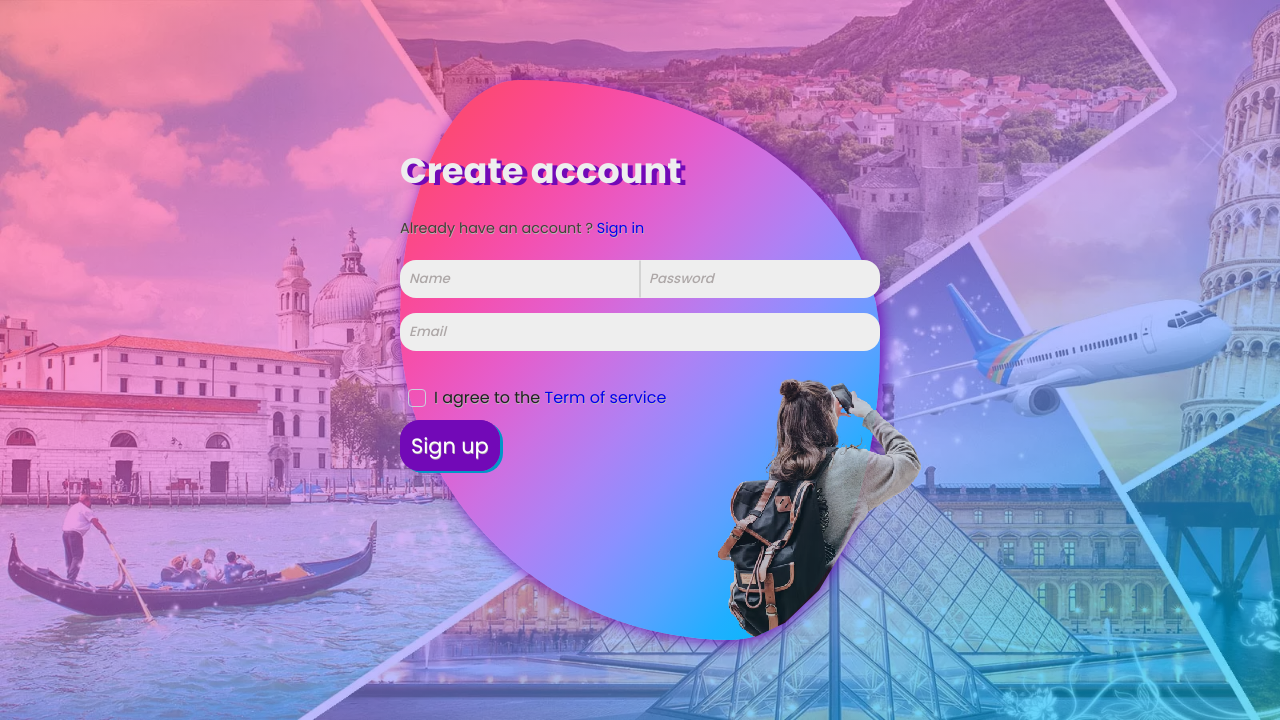
Repository: Yuukicoder/Techfest1
Page: signup.html
An editor plug-in stored every save of this project. The page is shown before and after the next save, followed by the edit.
The browser window is 1280 px wide. The pictures show the whole page.
Some web fonts or font styles are not loaded; a fallback is used.

Above is the page before, as saved 2022-11-05 21:50:50.

After the next save:
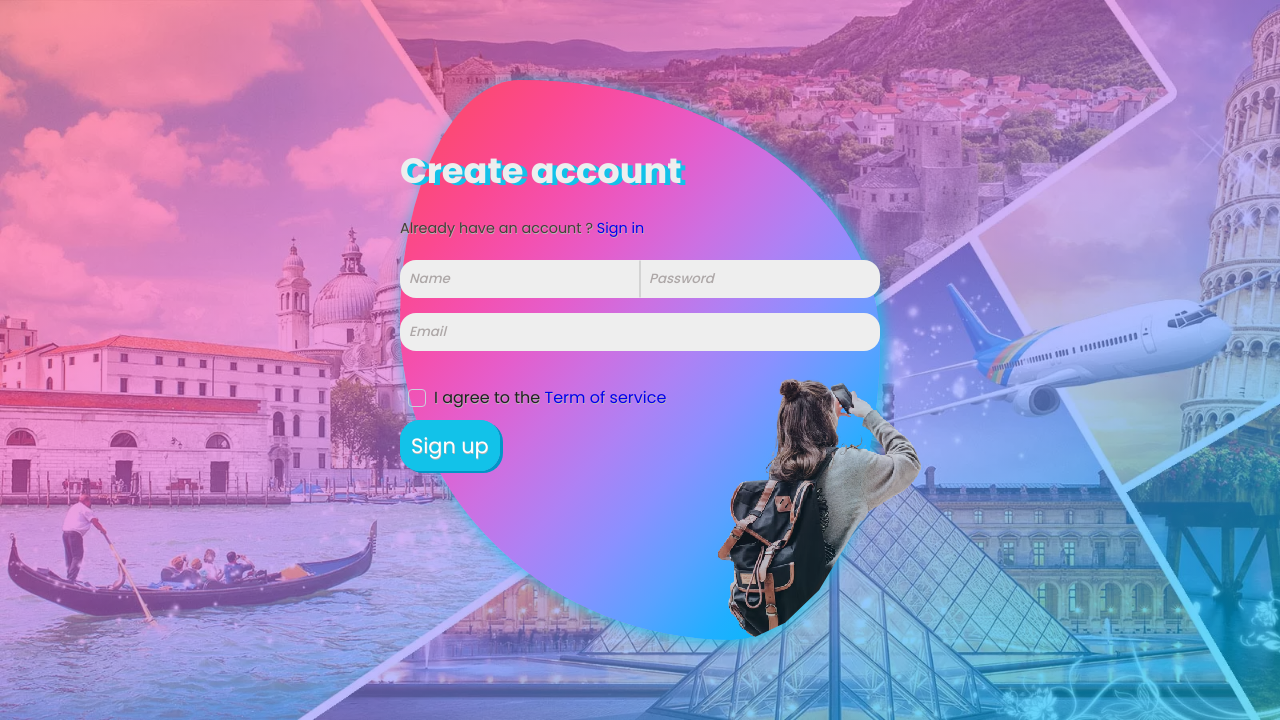
Saved 67 s later.
--- a/signup.css
+++ b/signup.css
@@ -8,7 +8,7 @@
 :root {
   --text-color: #463f3a;
   --link-color: #0000ee;
-  --shadow-color: #7209b7;
+  --shadow-color: #12c2e9;
 }
 /* =================================BODY======================================================== */
 
